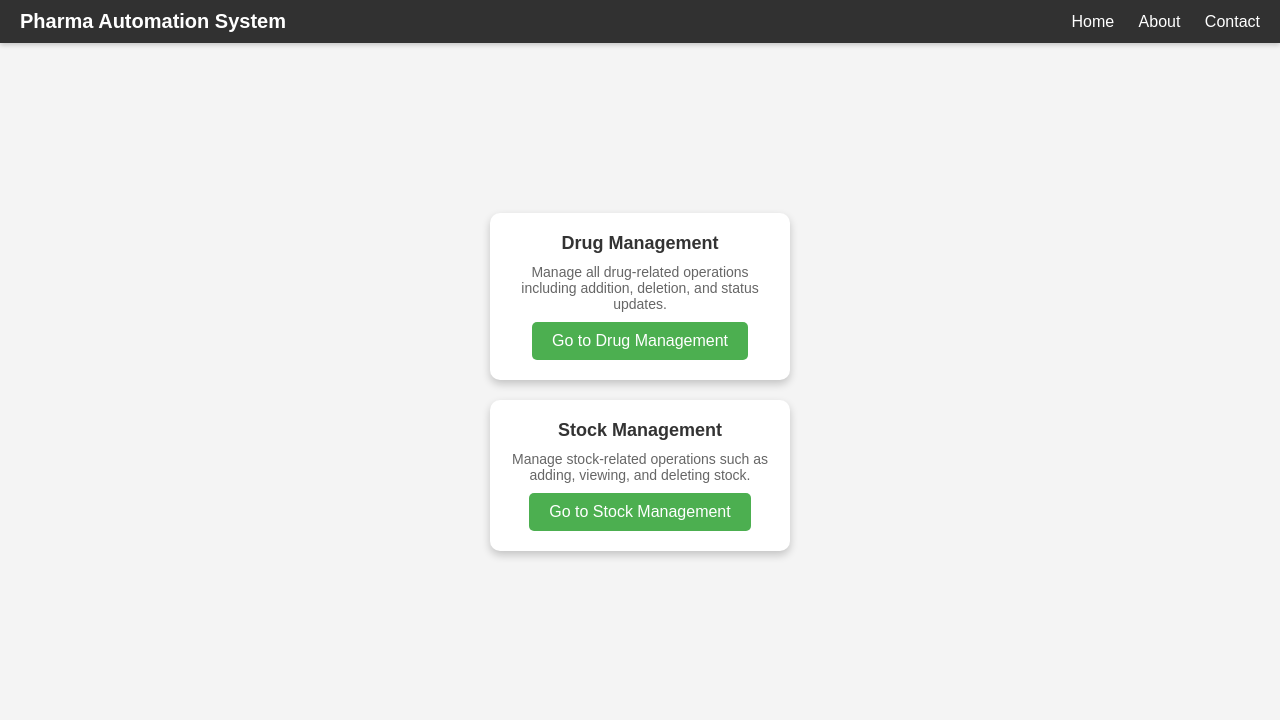
Repository: Clarrieous/Infosys-intern
Page: http://localhost/home
These files come from the project's save history. The page is drawn as it stood at one moment and after the next save; the edit follows.
The browser window is 1280 px wide. The pictures show the whole page.
The page is this project's Thymeleaf template; nobody is signed in. The template is opened directly, without the code that normally fills it, so the values that code supplies are empty.

Above is the page before, as saved 2024-12-08 18:39:17.

### ClientService/src/main/resources/templates/home.html
<!DOCTYPE html>
<html xmlns:th="http://www.thymeleaf.org">
<head>
    <meta charset="UTF-8">
    <meta name="viewport" content="width=device-width, initial-scale=1.0">
    <title>Pharma Automation System</title>
    <style>
        :root {
            --primary-color: #2a2a72;
            --secondary-color: #009ffd;
            --accent-color: #4CAF50;
            --text-color: #ffffff;
            --background-color: #f4f4f4;
            --card-bg: #ffffff;
            --navbar-bg: rgba(0, 0, 0, 0.8);
        }

        * {
            margin: 0;
            padding: 0;
            box-sizing: border-box;
        }

        body {
            font-family: Arial, sans-serif;
            background-color: var(--background-color);
            display: flex;
            flex-direction: column;
            align-items: center;
            height: 100vh;
        }

        .navbar {
            background-color: var(--navbar-bg);
            color: var(--text-color);
            padding: 10px 20px;
            display: flex;
            justify-content: space-between;
            align-items: center;
            box-shadow: 0 2px 5px rgba(0, 0, 0, 0.2);
            width: 100%;
        }

        .navbar h1 {
            margin: 0;
            font-size: 20px;
        }

        .navbar a {
            color: var(--text-color);
            text-decoration: none;
            margin-left: 20px;
        }

        .navbar a:hover {
            color: var(--accent-color);
        }

        .container {
            display: flex;
            flex-direction: column;
            align-items: center;
            justify-content: center;
            flex-grow: 1;
            gap: 20px;
        }

        .card {
            background-color: var(--card-bg);
            border-radius: 10px;
            box-shadow: 0 4px 8px rgba(0, 0, 0, 0.2);
            padding: 20px;
            width: 300px;
            text-align: center;
            cursor: pointer;
            transition: transform 0.2s ease, box-shadow 0.2s ease;
        }

        .card:hover {
            transform: translateY(-5px);
            box-shadow: 0 6px 12px rgba(0, 0, 0, 0.3);
        }

        .card h2 {
            margin: 0;
            font-size: 18px;
            color: #333;
        }

        .card p {
            margin: 10px 0 0;
            font-size: 14px;
            color: #666;
        }

        .card a {
            display: inline-block;
            margin-top: 10px;
            padding: 10px 20px;
            background-color: var(--accent-color);
            color: var(--text-color);
            text-decoration: none;
            border-radius: 5px;
        }

        .card a:hover {
            background-color: #45a049;
        }

        @media (max-width: 768px) {
            .container {
                gap: 15px;
            }

            .card {
                width: 90%;
            }
        }
    </style>
</head>
<body>
    <div class="navbar">
        <h1>Pharma Automation System</h1>
        <div>
            <a th:href="@{/home}">Home</a>
            <a th:href="@{/about}">About</a>
            <a th:href="@{/contact}">Contact</a>
        </div>
    </div>

    <div class="container">
        <div class="card">
            <h2>Drug Management</h2>
            <p>Manage all drug-related operations including addition, deletion, and status updates.</p>
            <a th:href="@{/addDrug}">Go to Drug Management</a>
        </div>
        <div class="card">
            <h2>Stock Management</h2>
            <p>Manage stock-related operations such as adding, viewing, and deleting stock.</p>
            <a th:href="@{/stockManagement}">Go to Stock Management</a>
        </div>
    </div>
</body>
</html>

After the next save:
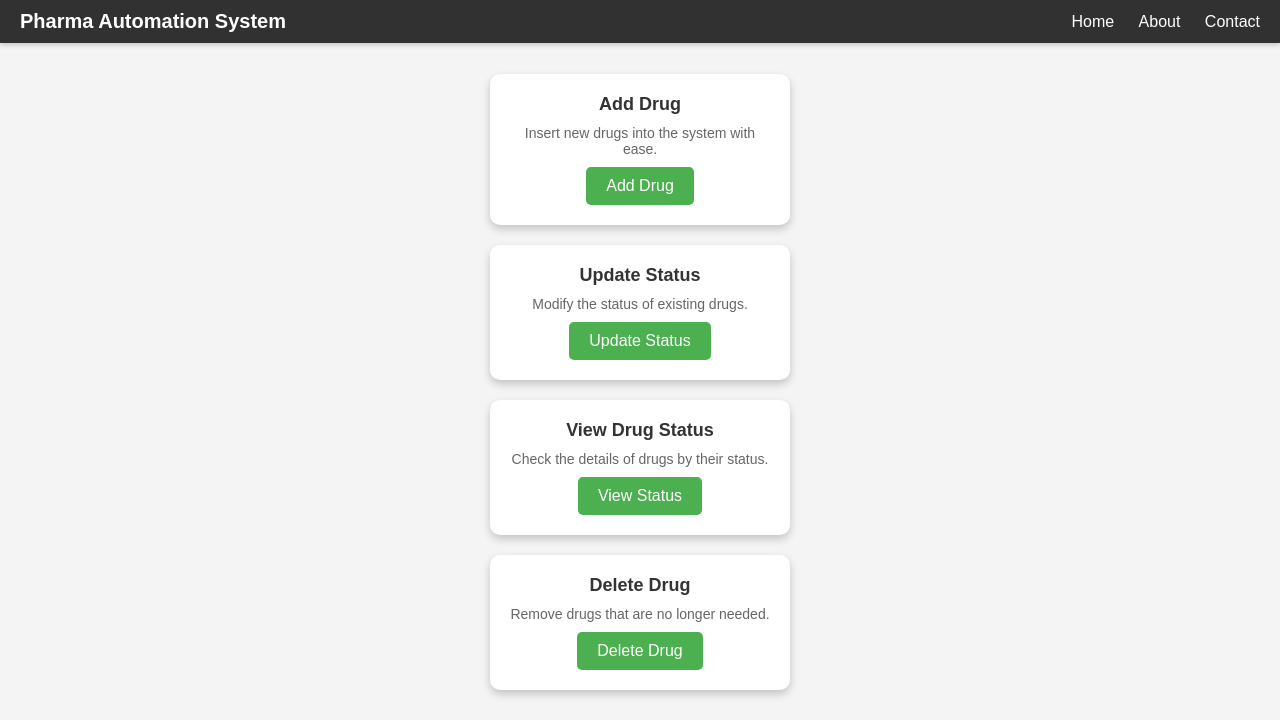
Saved 5 min 16 s later.
--- a/ClientService/src/main/resources/templates/home.html
+++ b/ClientService/src/main/resources/templates/home.html
@@ -130,14 +130,24 @@
 
     <div class="container">
         <div class="card">
-            <h2>Drug Management</h2>
-            <p>Manage all drug-related operations including addition, deletion, and status updates.</p>
-            <a th:href="@{/addDrug}">Go to Drug Management</a>
+            <h2>Add Drug</h2>
+            <p>Insert new drugs into the system with ease.</p>
+            <a th:href="@{/addDrug}"><i class="fas fa-plus-circle"></i> Add Drug</a>
         </div>
         <div class="card">
-            <h2>Stock Management</h2>
-            <p>Manage stock-related operations such as adding, viewing, and deleting stock.</p>
-            <a th:href="@{/stockManagement}">Go to Stock Management</a>
+            <h2>Update Status</h2>
+            <p>Modify the status of existing drugs.</p>
+            <a th:href="@{/updateStatus}"><i class="fas fa-sync"></i> Update Status</a>
+        </div>
+        <div class="card">
+            <h2>View Drug Status</h2>
+            <p>Check the details of drugs by their status.</p>
+            <a th:href="@{/viewDrugStatus}"><i class="fas fa-search"></i> View Status</a>
+        </div>
+        <div class="card">
+            <h2>Delete Drug</h2>
+            <p>Remove drugs that are no longer needed.</p>
+            <a th:href="@{/deleteDrug}"><i class="fas fa-trash-alt"></i> Delete Drug</a>
         </div>
     </div>
 </body>

After the save that followed:
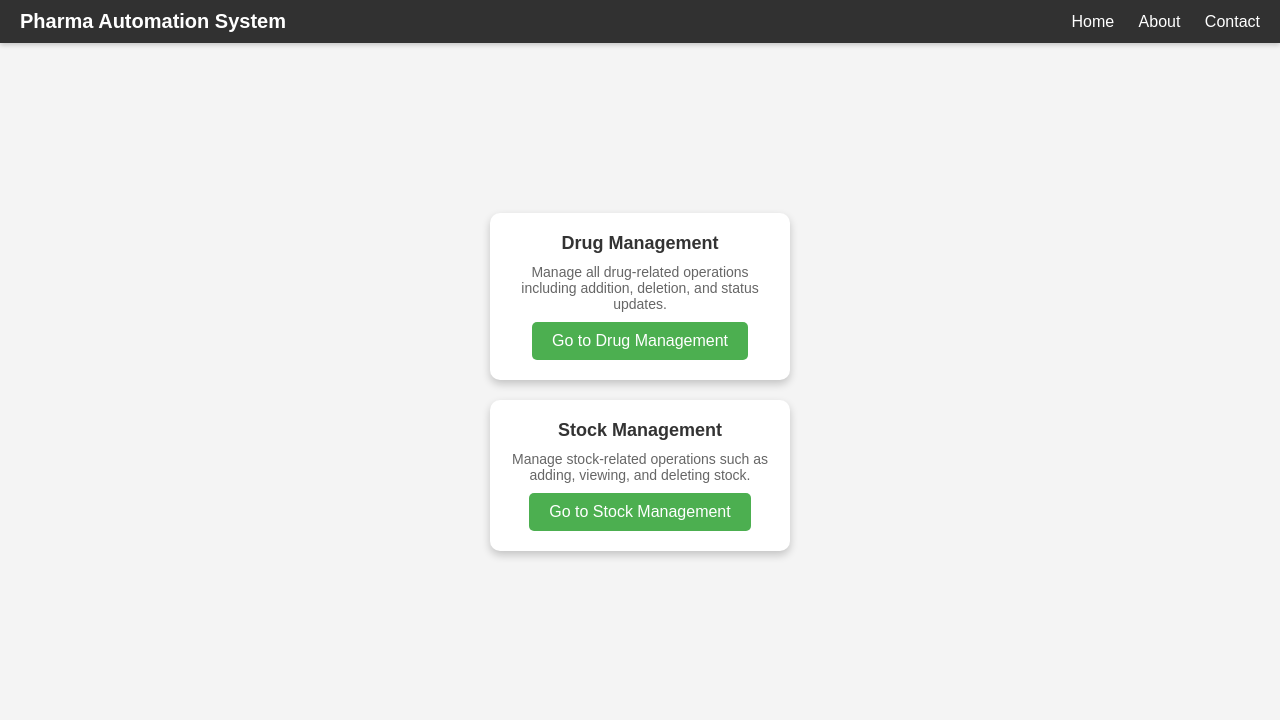
Saved 19 s later.
--- a/ClientService/src/main/resources/templates/home.html
+++ b/ClientService/src/main/resources/templates/home.html
@@ -130,24 +130,14 @@
 
     <div class="container">
         <div class="card">
-            <h2>Add Drug</h2>
-            <p>Insert new drugs into the system with ease.</p>
-            <a th:href="@{/addDrug}"><i class="fas fa-plus-circle"></i> Add Drug</a>
+            <h2>Drug Management</h2>
+            <p>Manage all drug-related operations including addition, deletion, and status updates.</p>
+            <a th:href="@{/addDrug}">Go to Drug Management</a>
         </div>
         <div class="card">
-            <h2>Update Status</h2>
-            <p>Modify the status of existing drugs.</p>
-            <a th:href="@{/updateStatus}"><i class="fas fa-sync"></i> Update Status</a>
-        </div>
-        <div class="card">
-            <h2>View Drug Status</h2>
-            <p>Check the details of drugs by their status.</p>
-            <a th:href="@{/viewDrugStatus}"><i class="fas fa-search"></i> View Status</a>
-        </div>
-        <div class="card">
-            <h2>Delete Drug</h2>
-            <p>Remove drugs that are no longer needed.</p>
-            <a th:href="@{/deleteDrug}"><i class="fas fa-trash-alt"></i> Delete Drug</a>
+            <h2>Stock Management</h2>
+            <p>Manage stock-related operations such as adding, viewing, and deleting stock.</p>
+            <a th:href="@{/stockManagement}">Go to Stock Management</a>
         </div>
     </div>
 </body>
